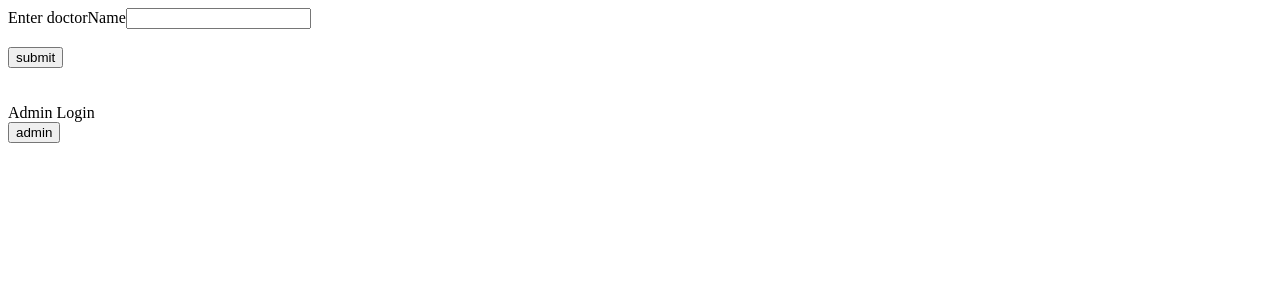
Repository: Kavya-C1/eclipsejava
Page: http://localhost/DoctorAppMaven/
These files come from the project's save history. The page is drawn as it stood at one moment and after the next save; the edit follows.
The browser window is 1280 px wide. The pictures show the whole page.
The page is served by Tomcat 9.

Above is the page before, as saved 2024-03-15 07:17:14.

After the next save:
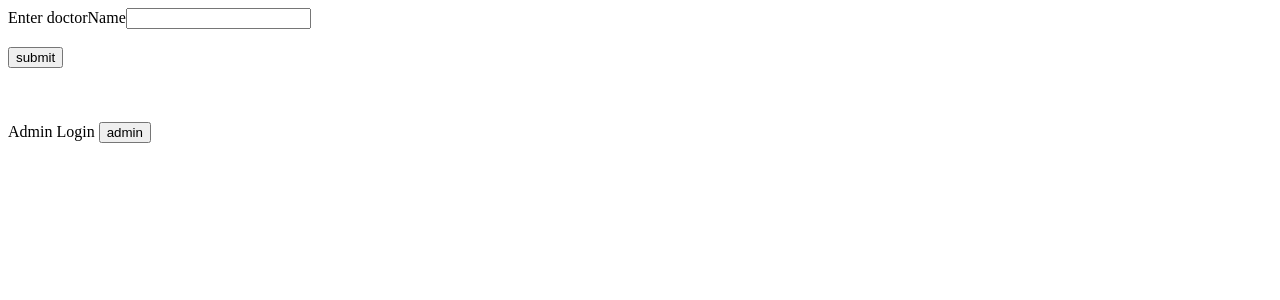
Saved 12 s later.
--- a/DoctorAppMaven/src/main/webapp/index.jsp
+++ b/DoctorAppMaven/src/main/webapp/index.jsp
@@ -12,11 +12,10 @@
 Enter doctorName<input type="text" name="doctorName"><br><br>
 <input type="submit" value="submit">
 
-<br><br><br>
+<br><br><br><br>
 
 
 Admin Login
-<br>
 <input type="submit" value="admin">
 </form>
 
